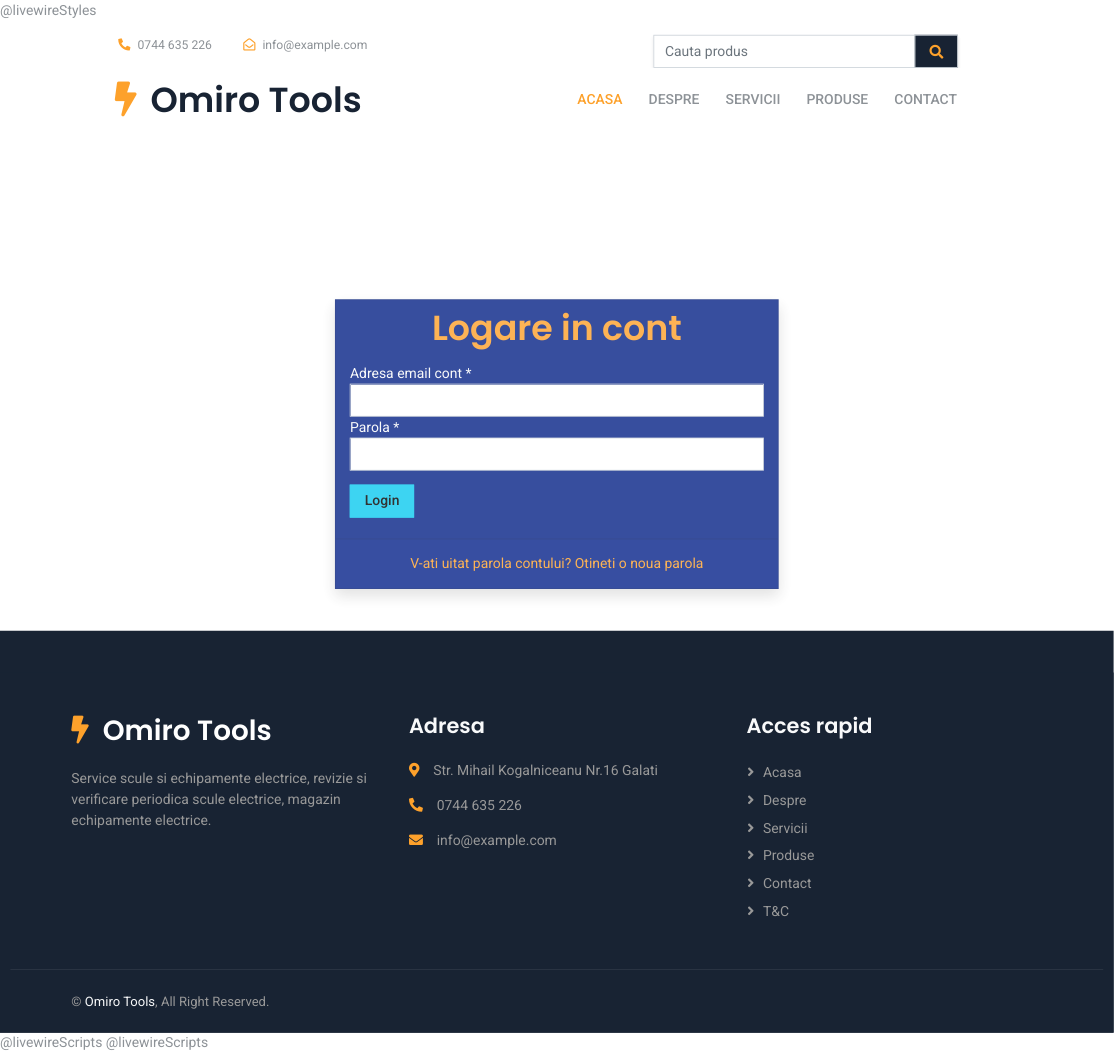
Repository: sorina0109/laravel_test
Page: http://localhost/login
An editor plug-in stored every save of this project. The page is shown before and after the next save, followed by the edit.
The browser window is 1280 px wide. The pictures show the whole page, at 87% of full size.
Some web libraries are served in a nearby version. The page is served by the project's Laravel application, run on PHP 8.4 with Laravel 10.

Above is the page before, as saved 2023-08-15 15:01:10.

After the next save:
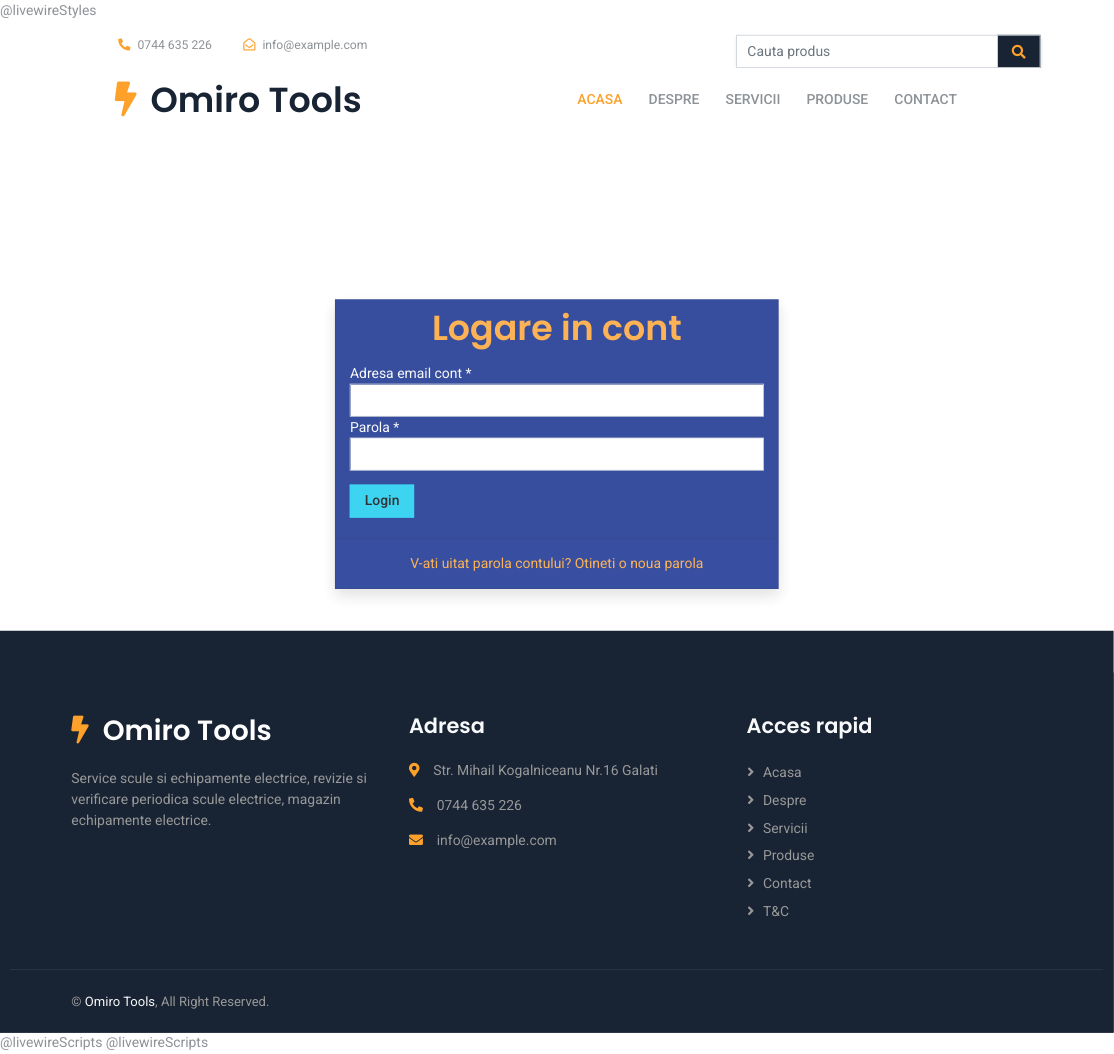
Saved 43 s later.
--- a/resources/views/front/partials/topbar.blade.php
+++ b/resources/views/front/partials/topbar.blade.php
@@ -15,7 +15,7 @@
                 <small>Luni - Vineri : 08.30 - 17.30</small>
             </div>
         </div>
-        <div class="col-lg-5 d-none d-lg-block text-end pl-5 pt-3" >
+        <div class="col-lg-6 d-none d-lg-block text-end pl-5 pt-3" >
             <form style="display: inline-block;" action="{{ route('search') }}" method="GET" id="search-bar">
                 <div class="input-group shadow-sm" style="width: 350px;">
                     <input name="search_product" type="text" class="form-control " placeholder="Cauta produs" >
